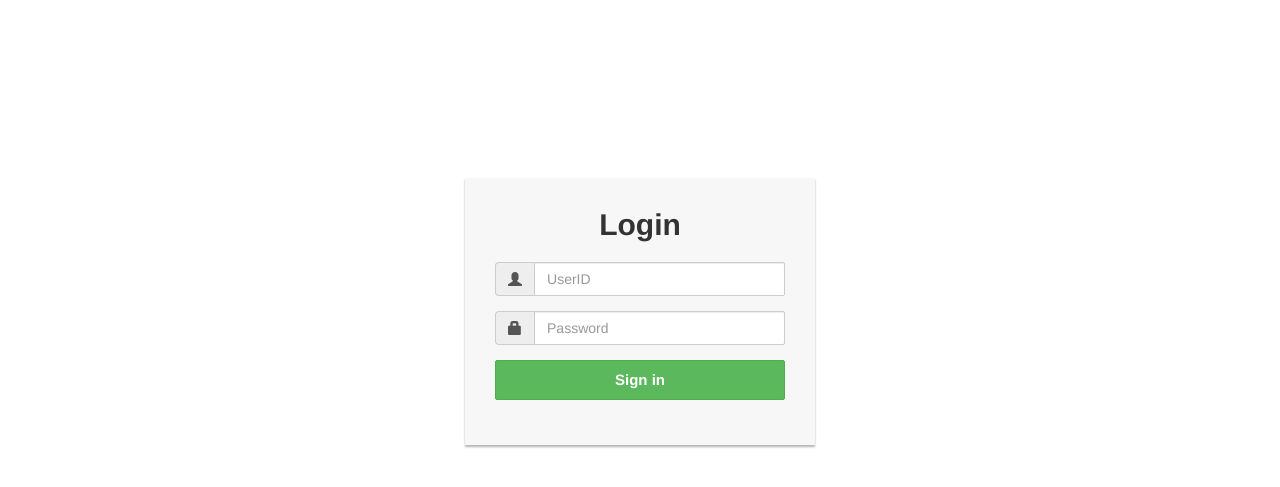
Repository: guddus326/Grass_Farm
Page: http://localhost/Grass_Farm/Login.jsp
An editor plug-in stored every save of this project. The page is shown before and after the next save, followed by the edit.
The browser window is 1280 px wide. The pictures show the whole page.
The page is served by Tomcat 9. Other server files are loaded and not shown.

Above is the page before, as saved 2021-03-15 13:55:51.

### Grass_Farm/Grass_Farm/WebContent/Login.jsp
<%@ page language="java" contentType="text/html; charset=UTF-8" pageEncoding="UTF-8"%>

<!DOCTYPE html>
<html>
<head>
<meta charset="UTF-8">
<meta http-equiv="Content-Type" content="text/html";charset-UTF-8">
<link rel="stylesheet" href="css/bootstrap.min.css">
<title>잔디공작소</title>
<style>
        body { padding-top: 50px; }

        .login-form {
    width: 350px;
    margin: 10% auto;
}
.login-form form {
    margin-bottom: 15px;
    background: #f7f7f7;
    box-shadow: 0px 2px 2px rgba(0, 0, 0, 0.3);
    padding: 30px;
}
.login-form h2 {
    margin: 0 0 15px;
}
.form-control, .login-btn {
    border-radius: 2px;
}
.input-group-prepend .fa {
    font-size: 18px;
}
.login-btn {
    font-size: 15px;
    font-weight: bold;
  	min-height: 40px;
}
.form-control{
	float: right;
	width:90%;
	margin-bottom:3%;
}



</style>
</head>
<body>
 	  <div class="login-form">
    <form action="LoginAction.jsp" method="post">
        <h2 class="text-center" style="padding-bottom:2%"><b>Login</b></h2>

        <div class="form-group">
        	<div class="input-group">
  				<span class="input-group-addon" id="basic-addon1"><span class="glyphicon glyphicon-user"></span></span>
  				<input type="text" class="form-control" name="userID" placeholder="UserID" aria-describedby="basic-addon1" required="required">
			</div>
        </div>

        <div class="form-group">
        	<div class="input-group">
  				<span class="input-group-addon" id="basic-addon2"><i class="glyphicon glyphicon-lock"></i></span>
  				<input type="password" class="form-control" name="userPass" placeholder="Password" aria-describedby="basic-addon2" required="required">
			</div>
        </div>

        <div class="form-group">
            <button type="submit" class="btn btn-success login-btn btn-block">Sign in</button>
        </div>
        <!-- <div class="clearfix">
            <a href="#" style="float:right">Forgot Password?</a>
        </div> -->
    </form>
</div>

</body>
</html>

Loaded but not shown: Grass_Farm/Grass_Farm/WebContent/css/bootstrap.min.css (library)

After the next save:
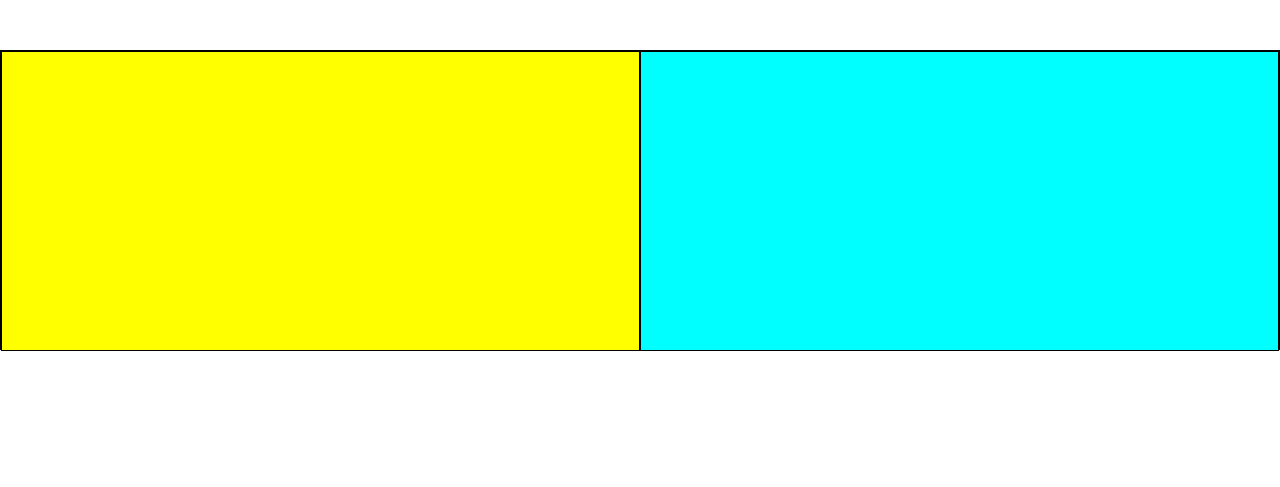
Saved 81 s later.
--- a/Grass_Farm/Grass_Farm/WebContent/Login.jsp
+++ b/Grass_Farm/Grass_Farm/WebContent/Login.jsp
@@ -42,35 +42,37 @@
 
 
 
-</style>
+ div {
+        width: 100%;
+        height: 300px;
+
+        border: 1px solid #000;
+    }
+    div.left {
+        width: 50%;
+        float: left;
+        box-sizing: border-box;
+
+        background: #ff0;
+    }
+    div.right {
+        width: 50%;
+        float: right;
+        box-sizing: border-box;
+
+        background: #0ff;
+    }
+    </style>
 </head>
+
 <body>
- 	  <div class="login-form">
-    <form action="LoginAction.jsp" method="post">
-        <h2 class="text-center" style="padding-bottom:2%"><b>Login</b></h2>
+    <div>
+        <div class="left"></div>
+        <div class="right"></div>
+    </div>
+</body>
 
-        <div class="form-group">
-        	<div class="input-group">
-  				<span class="input-group-addon" id="basic-addon1"><span class="glyphicon glyphicon-user"></span></span>
-  				<input type="text" class="form-control" name="userID" placeholder="UserID" aria-describedby="basic-addon1" required="required">
-			</div>
-        </div>
 
-        <div class="form-group">
-        	<div class="input-group">
-  				<span class="input-group-addon" id="basic-addon2"><i class="glyphicon glyphicon-lock"></i></span>
-  				<input type="password" class="form-control" name="userPass" placeholder="Password" aria-describedby="basic-addon2" required="required">
-			</div>
-        </div>
-
-        <div class="form-group">
-            <button type="submit" class="btn btn-success login-btn btn-block">Sign in</button>
-        </div>
-        <!-- <div class="clearfix">
-            <a href="#" style="float:right">Forgot Password?</a>
-        </div> -->
-    </form>
-</div>
 
 </body>
 </html>
